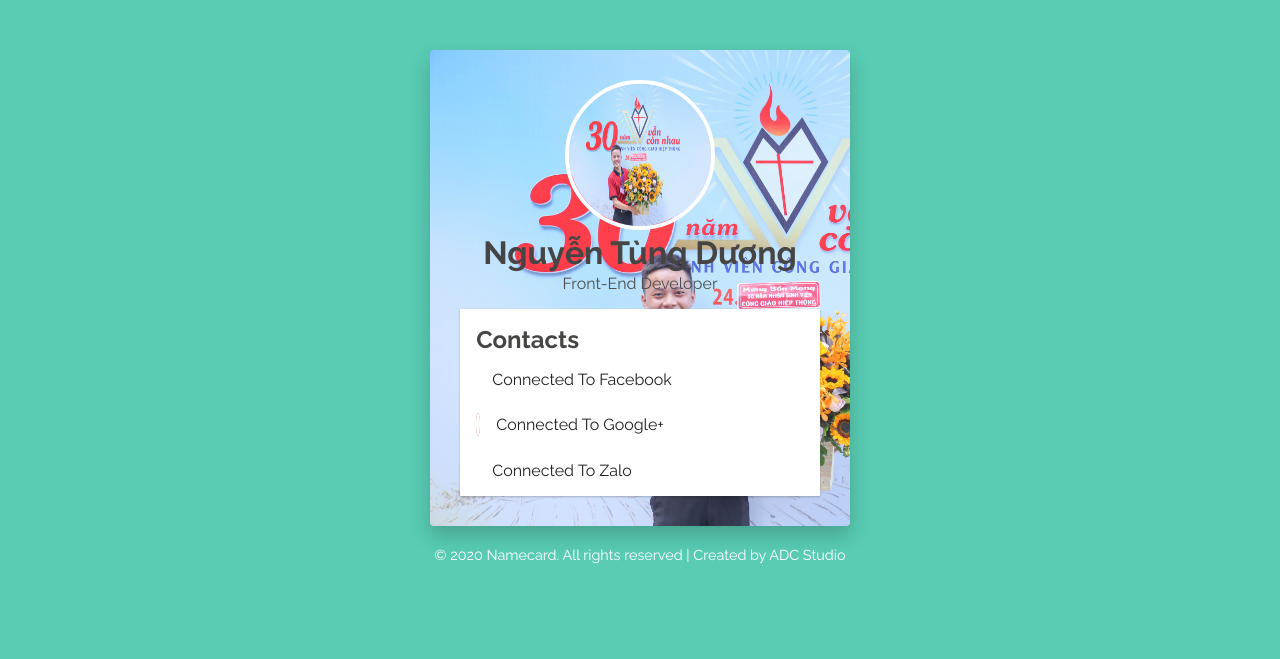
Repository: DuongTungNguyen0899/Card_Duong.github.io
Page: index.html
These files come from the project's save history. The page is drawn as it stood at one moment and after the next save; the edit follows.
The browser window is 1280 px wide. The pictures show the whole page.
Some icons come from a web library that is not loaded, so they are not drawn.

Above is the page before, as saved 2021-06-27 17:03:13.

After the next save:
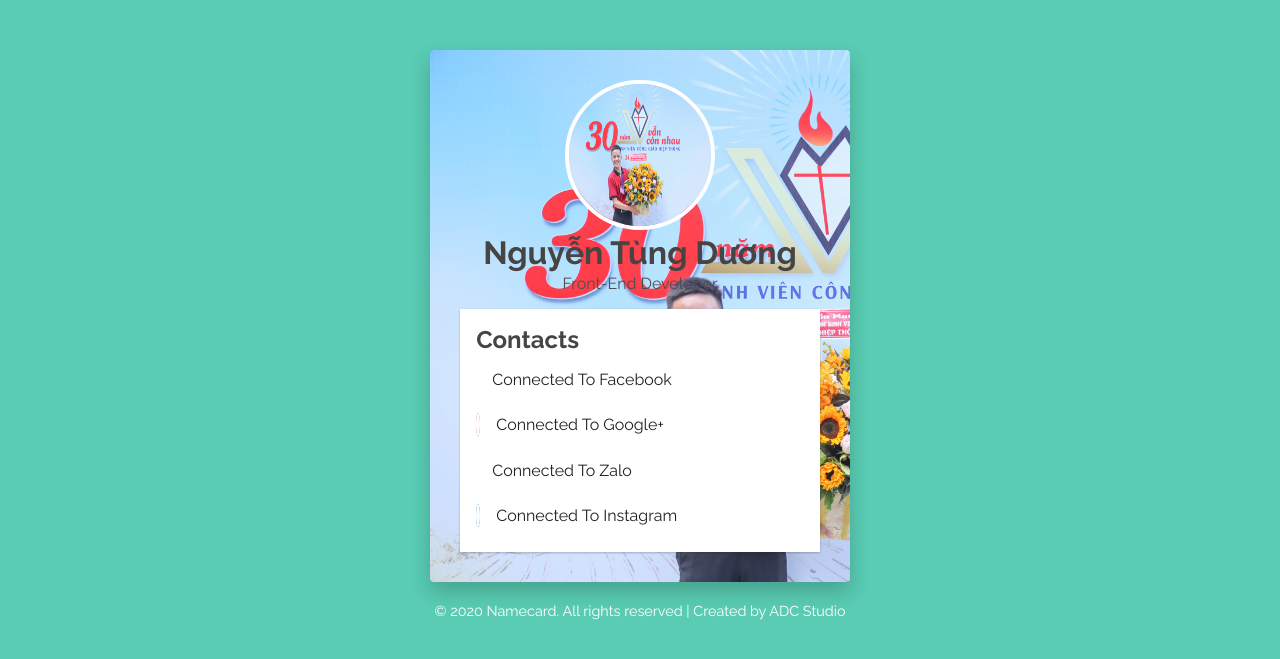
Saved 38 s later.
--- a/index.html
+++ b/index.html
@@ -39,6 +39,7 @@
 						<!-- <li><a href="#"><i class="fa fa-linkedin" aria-hidden="true"></i> <p>Connected To Linkedin</p></a></li> -->
                         <li><a href="#"><i class="fa fa-google-plus" aria-hidden="true"></i> <p>Connected To Google+</p></a></li>
                         <li><a href="#"><i class="fa fa-zalo" aria-hidden="true"></i> <p>Connected To Zalo</p></a></li>
+                        <li><a href="https://www.instagram.com/aaachuuchaa/"><i class="fa fa-linkedin" aria-hidden="true"></i> <p>Connected To Instagram</p></a></li>
 					</ul>
 				</div>
 			</div>
